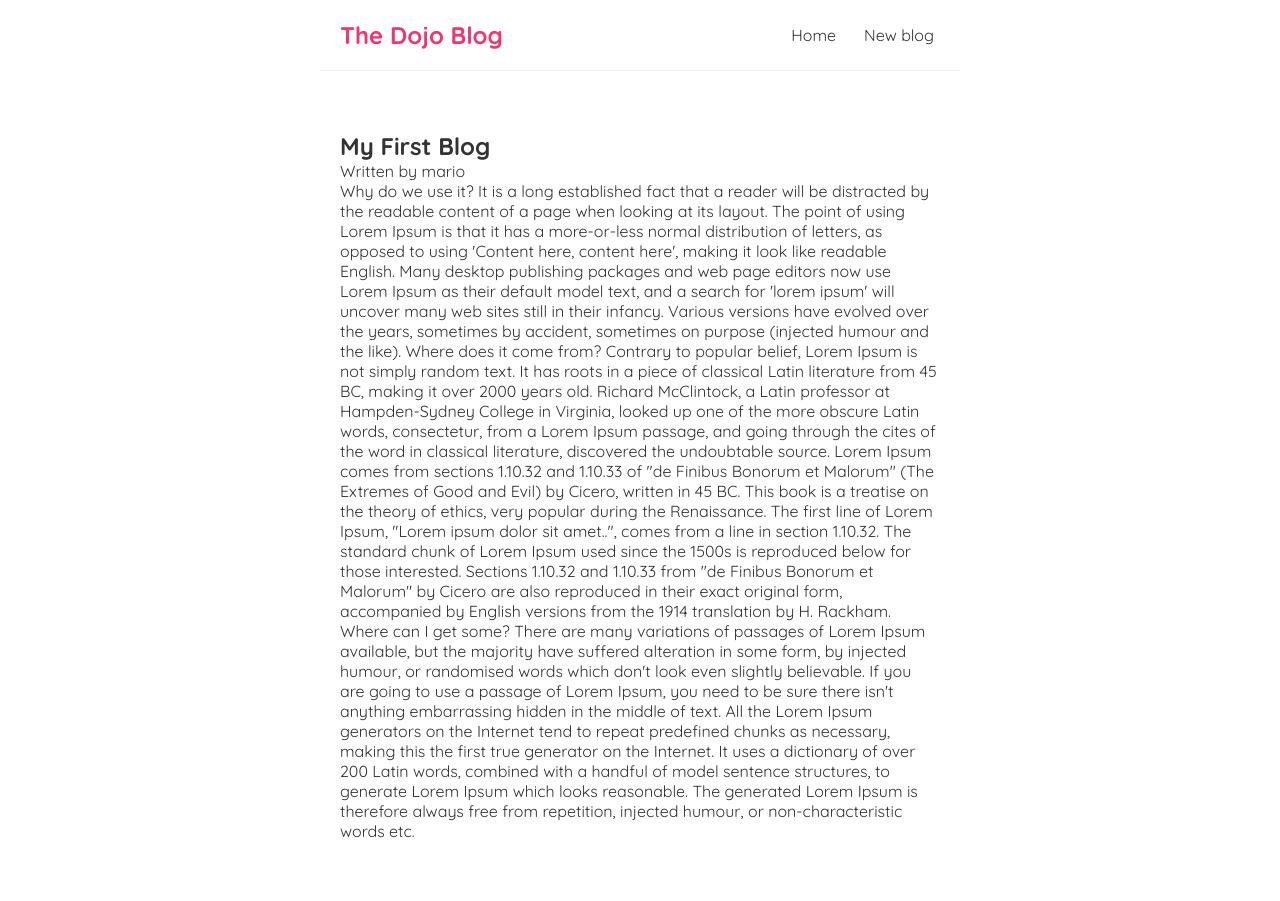
Repository: Samkiroko/full-reacr-ninja
Page: /blogs/1
The author's editor kept a copy of each file at every save. The page is drawn from the files as they stood at one save, then again after the next save.
The browser window is 1280 px wide. The pictures show the whole page.
The project was rebuilt for these pictures with package versions that can differ from the ones it lists, and the page was loaded fresh each time. Requests to the local data server were answered from the project's data file. Also part of the build but not shown: src/BlogList.js, src/Home.js, src/Create.js.

Above is the page before, as saved 2021-07-23 16:34:33.

### src/index.css
@import url('https://fonts.googleapis.com/css2?family=Quicksand:wght@300;400;500;600;700&display=swap');

/* base styles */

* {
    margin: 0;
    font-family: 'Quicksand';
    color: #333;
}

.navbar {
    padding: 20px;
    display: flex;
    align-items: center;
    max-width: 600px;
    margin: 0 auto;
    border-bottom: 1px solid #f2f2f2;
}

.navbar h1 {
    color: #f1356d;
}

.navbar .links {
    margin-left: auto;
}

.navbar a {
    margin-left: 16px;
    text-decoration: none;
    padding: 6px;
}

.navbar a:hover {
    color: #f1356d;
}

.content {
    max-width: 600px;
    margin: 40px auto;
    padding: 20px;
}


/* blog previews / list */

.blog-preview {
    padding: 10px 16px;
    margin: 20px 0;
    border-bottom: 1px solid #fafafa;
}

.blog-preview:hover {
    box-shadow: 1px 3px 5px rgba(0, 0, 0, 0.1);
}

.blog-preview h2 {
    font-size: 20px;
    color: #f1356d;
    margin-bottom: 8px;
}

.blog-preview a {
    text-decoration: none;
}

### src/App.js
import Home from './Home'
import Navbar from './Navbar'
import { BrowserRouter as Router, Route, Switch } from 'react-router-dom'
import Create from './Create'
import BlogDetails from './BlogDetails'

function App() {
  return (
    <Router>
      <div className='App'>
        <Navbar />
        <div className='content'>
          <Switch>
            <Route exact path='/' component={Home} />
            <Route exact path='/create' component={Create} />
            <Route exact path='/blogs/:id' component={BlogDetails} />
          </Switch>
        </div>
      </div>
    </Router>
  )
}

export default App

### src/Navbar.js
import React from 'react'
import { Link } from 'react-router-dom'

const Navbar = () => {
  return (
    <nav className='navbar'>
      <h1>The Dojo Blog</h1>
      <div className='links'>
        <Link to='/'>Home</Link>
        <Link to='/create'>New blog</Link>
      </div>
    </nav>
  )
}

export default Navbar

### src/BlogDetails.js
import { useParams } from 'react-router-dom'
import useFetch from './useFetch'

const BlogDetails = () => {
  const { id } = useParams()
  const { data: blog, error, loading } = useFetch('http://localhost:8000/blogs/' + id)

  return (
    <div className='blog-details'>
      {loading && <div>Loading...</div>}
      {error && <div>{error}</div>}
      {blog && (
        <article>
          <h2>{blog.title}</h2>
          <p>Written by {blog.author}</p>
          <div>{blog.body}</div>
        </article>
      )}
    </div>
  )
}

export default BlogDetails

### src/useFetch.js
import { useState, useEffect } from 'react'

const useFetch = (url) => {
  const [data, setData] = useState(null)
  const [loading, setLoading] = useState(true)
  const [error, setError] = useState(null)

  useEffect(() => {
    const abortCont = new AbortController()
    fetch(url, { signal: abortCont.signal })
      .then((res) => {
        if (!res.ok) {
          throw Error('could not fetch form the database')
        }
        return res.json()
      })
      .then((data) => {
        setData(data)
        setLoading(false)
        setError(null)
      })
      .catch((err) => {
        if (err.name === 'AbortError') {
          console.log('fetch aborted')
        } else {
          setLoading(false)
          setError(err.message)
        }
      })
    return () => abortCont.abort()
  }, [url])
  return { data, loading, error }
}
export default useFetch

### data/db.json
{
    "blogs": [{
            "title": "My First Blog",
            "body": "Why do we use it?\nIt is a long established fact that a reader will be distracted by the readable content of a page when looking at its layout. The point of using Lorem Ipsum is that it has a more-or-less normal distribution of letters, as opposed to using 'Content here, content here', making it look like readable English. Many desktop publishing packages and web page editors now use Lorem Ipsum as their default model text, and a search for 'lorem ipsum' will uncover many web sites still in their infancy. Various versions have evolved over the years, sometimes by accident, sometimes on purpose (injected humour and the like).\n\n\nWhere does it come from?\nContrary to popular belief, Lorem Ipsum is not simply random text. It has roots in a piece of classical Latin literature from 45 BC, making it over 2000 years old. Richard McClintock, a Latin professor at Hampden-Sydney College in Virginia, looked up one of the more obscure Latin words, consectetur, from a Lorem Ipsum passage, and going through the cites of the word in classical literature, discovered the undoubtable source. Lorem Ipsum comes from sections 1.10.32 and 1.10.33 of \"de Finibus Bonorum et Malorum\" (The Extremes of Good and Evil) by Cicero, written in 45 BC. This book is a treatise on the theory of ethics, very popular during the Renaissance. The first line of Lorem Ipsum, \"Lorem ipsum dolor sit amet..\", comes from a line in section 1.10.32.\n\nThe standard chunk of Lorem Ipsum used since the 1500s is reproduced below for those interested. Sections 1.10.32 and 1.10.33 from \"de Finibus Bonorum et Malorum\" by Cicero are also reproduced in their exact original form, accompanied by English versions from the 1914 translation by H. Rackham.\n\nWhere can I get some?\nThere are many variations of passages of Lorem Ipsum available, but the majority have suffered alteration in some form, by injected humour, or randomised words which don't look even slightly believable. If you are going to use a passage of Lorem Ipsum, you need to be sure there isn't anything embarrassing hidden in the middle of text. All the Lorem Ipsum generators on the Internet tend to repeat predefined chunks as necessary, making this the first true generator on the Internet. It uses a dictionary of over 200 Latin words, combined with a handful of model sentence structures, to generate Lorem Ipsum which looks reasonable. The generated Lorem Ipsum is therefore always free from repetition, injected humour, or non-characteristic words etc.",
            "author": "mario",
            "id": 1
        },
        {
            "title": "Opening Party!",
            "body": "Why do we use it?\nIt is a long established fact that a reader will be distracted by the readable content of a page when looking at its layout. The point of using Lorem Ipsum is that it has a more-or-less normal distribution of letters, as opposed to using 'Content here, content here', making it look like readable English. Many desktop publishing packages and web page editors now use Lorem Ipsum as their default model text, and a search for 'lorem ipsum' will uncover many web sites still in their infancy. Various versions have evolved over the years, sometimes by accident, sometimes on purpose (injected humour and the like).\n\n\nWhere does it come from?\nContrary to popular belief, Lorem Ipsum is not simply random text. It has roots in a piece of classical Latin literature from 45 BC, making it over 2000 years old. Richard McClintock, a Latin professor at Hampden-Sydney College in Virginia, looked up one of the more obscure Latin words, consectetur, from a Lorem Ipsum passage, and going through the cites of the word in classical literature, discovered the undoubtable source. Lorem Ipsum comes from sections 1.10.32 and 1.10.33 of \"de Finibus Bonorum et Malorum\" (The Extremes of Good and Evil) by Cicero, written in 45 BC. This book is a treatise on the theory of ethics, very popular during the Renaissance. The first line of Lorem Ipsum, \"Lorem ipsum dolor sit amet..\", comes from a line in section 1.10.32.\n\nThe standard chunk of Lorem Ipsum used since the 1500s is reproduced below for those interested. Sections 1.10.32 and 1.10.33 from \"de Finibus Bonorum et Malorum\" by Cicero are also reproduced in their exact original form, accompanied by English versions from the 1914 translation by H. Rackham.\n\nWhere can I get some?\nThere are many variations of passages of Lorem Ipsum available, but the majority have suffered alteration in some form, by injected humour, or randomised words which don't look even slightly believable. If you are going to use a passage of Lorem Ipsum, you need to be sure there isn't anything embarrassing hidden in the middle of text. All the Lorem Ipsum generators on the Internet tend to repeat predefined chunks as necessary, making this the first true generator on the Internet. It uses a dictionary of over 200 Latin words, combined with a handful of model sentence structures, to generate Lorem Ipsum which looks reasonable. The generated Lorem Ipsum is therefore always free from repetition, injected humour, or non-characteristic words etc.",
            "author": "yoshi",
            "id": 2
        }
    ]
}

Loaded but not shown: public/index.html (common file); src/index.js (common file)

After the next save:
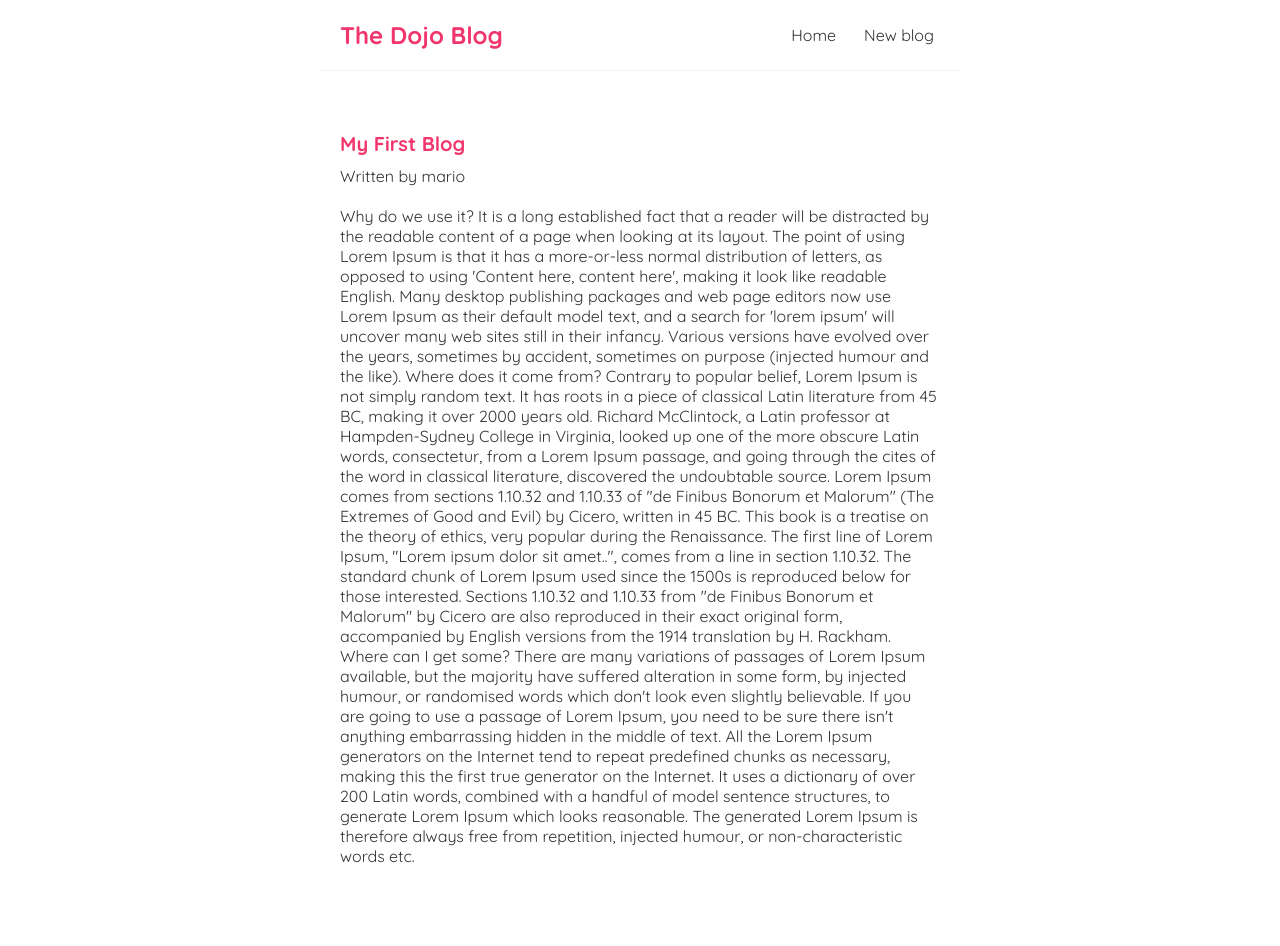
Saved 94 s later.
--- a/src/index.css
+++ b/src/index.css
@@ -63,3 +63,25 @@
 .blog-preview a {
     text-decoration: none;
 }
+
+
+/* blog details page */
+
+.blog-details h2 {
+    font-size: 20px;
+    color: #f1356d;
+    margin-bottom: 10px;
+}
+
+.blog-details div {
+    margin: 20px 0;
+}
+
+.blog-details button {
+    background: #f1356d;
+    color: #fff;
+    border: 0;
+    padding: 8px;
+    border-radius: 8px;
+    cursor: pointer;
+}
